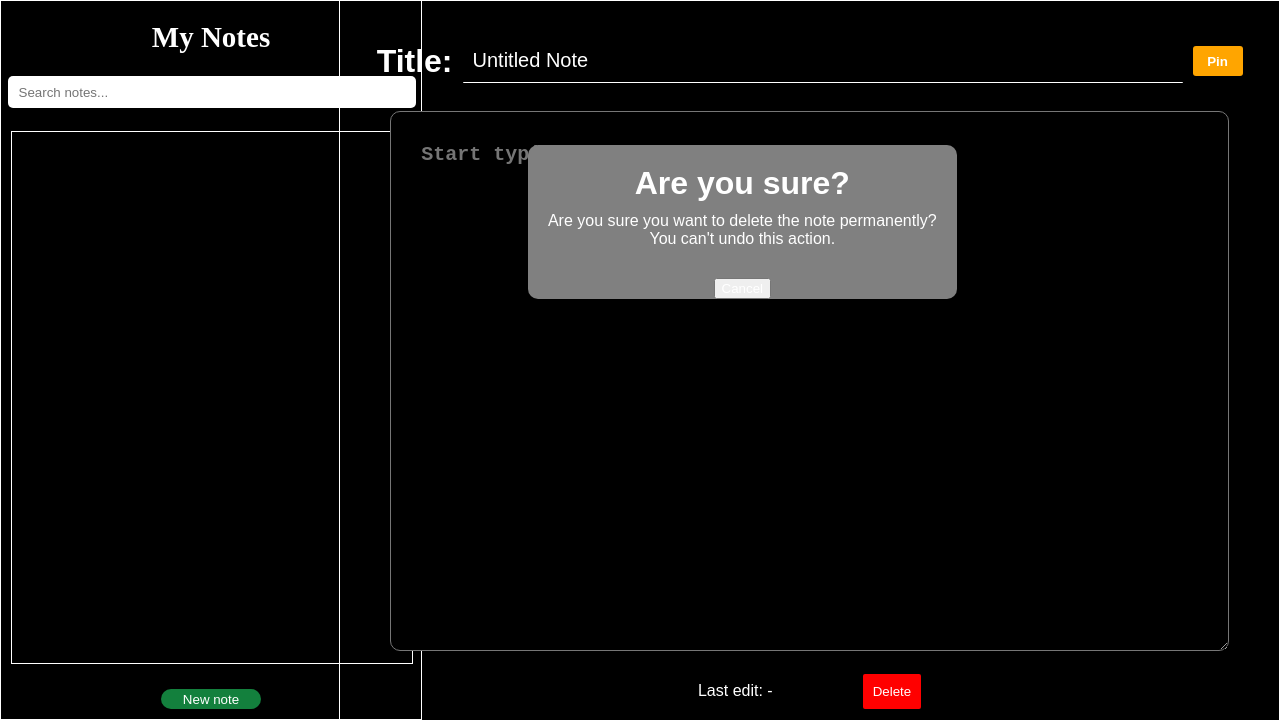
Repository: dmpelaez/myNotes
Page: QuickNotes.html
These files come from the project's save history. The page is drawn as it stood at one moment and after the next save; the edit follows.
The browser window is 1280 px wide. The pictures show the whole page.

Above is the page before, as saved 2025-12-18 22:01:46.

### QuickNotes.html
<!DOCTYPE html>

  <html>

    <head>

      <title>Quick Notes</title>

      <!--CSS LINK-->
      <link rel="stylesheet" href="QuickNotes.css">
    </head>
    <body>

      <!--Note section-->
      <aside class="aside-section">

        <!--My notes part-->
        <div class="myNotes">
          <p class="my-notes-text">My Notes</p>
        </div>
        <!--Search notes-->
        <div class="input-box">
          <input class="input" placeholder="Search notes...">
        </div>
        <!--Notes-->
        <div class="note-list"></div>
        <!--add button-->
        <button class="add-button">New note</button>

      </aside>

      <!---Typing section-->
      <main class="main-section">

        <!--Header-->
        <div class="header-section">
          <h1>Title:</h1>
          <input class="title-notes" placeholder="Untitled Note">
          <button class="pin-btn">Pin</button>
        </div>

        <!--text area-->
        <div class="texting-area">
          <textarea class="textarea" placeholder="Start typing..."></textarea>
        </div>

        <!---Delete button-->
        <div class="delete">
          <span class="edit">Last edit: -</span>
          <button class="delete-btn">Delete</button>
        </div>

        <div class="delete-confirm">

          <div class="modal-delete">
            <h1>Are you sure?</h1>
            <p class="sure-text">Are you sure you want to delete the note permanently?</p>
            You can't undo this action.
          </div>

          <!--delete and cancel button-->
          <button class="cancel-btn">Cancel</button>

        </div>

      </main>


    </body>

  </html>

### QuickNotes.css
body {
  margin: 0;
  padding: 0;
  background: black;
  box-sizing: border-box;
}
* {
  color: rgb(255, 255, 255);
}
.aside-section {
  border: 1px solid white;
  display: grid;
  width: 400px;
  position: fixed;
  bottom: 0;
  top: 0;
  grid-template-rows: 40px 30px 1fr 20px;
  padding: 10px;
  gap: 25px;

}

.my-notes-text {
  display: flex;
  margin: 0px;
  justify-self: center;
  align-self: center;
  margin-top: 10px;
}
.note-list {
  border: 1px solid white;
  width: 100%;
}

.my-notes-text {
  font-weight: bold;
  font-size: 29px;
}

.input {
  color: black;
  display: flex;
  align-self: center;
  justify-self: center;
  Width: 99%;
  height: 100%;
  border-radius: 5px;
  border: none;
  outline: none;
  padding-left: 10px;
  margin-left: 1px;
}
.input::placeholder {
  padding-left: 1px;

}

.add-button {
  width: 100px;
  display: flex;
  justify-self: center;
  background: rgb(19, 128, 61);
  border: none;
  border-radius: 10px;
  color: white;
  font-family: arial;
  align-items: center;
  justify-content: center;
  cursor: pointer;
}

.note-list {
  display: grid;
}

.main-section {
  position: fixed;
  left: 26.5%;
  border: 1px solid white;
  right: 0px;
  height: 100%;
  display: grid;
  grid-template-rows: 70px 1fr 30px;
  gap: 40px;

}

.header-section {
  display: flex;
  justify-self: center;
  align-self: center;
  gap: 10px;
  margin-top: 50px;
  align-items: center;
}
.title-notes {
  width: 700px;
  padding: 10px;
  border-radius: 1px;
  background: none;
  border: none;
  border-bottom: 1px solid white;
  outline: none;
 font-size: 20px;
 font-family: arial;
}

.title-notes::placeholder {
  color: white;
  font-family: arial;
  font-size: 20px;

}

.pin-btn {
  background: orange;
  border: none;
  border-radius: 3px;
  font-family: arial;
  font-weight: bold;
  width: 50px;
  height: 30px
}

.texting-area {
  display: flex;
  padding-right: 50px;
  padding-left: 50px;
}
.textarea {
  background: black;
  outline: none;
  display: flex;
  width: 100%;
  padding-left: 30px;
  padding-right: 80px;
  padding-top: 30px;
  line-height: 25px;
  font-size: 20px;
  font-weight: bold;
  border-radius: 10px;
}

.delete {
  display: flex;
  justify-content: center;
  align-items: center;
  gap: 90px;
  margin-bottom: 40px;

}
.delete-btn {
  background: red;
  border: none;
  border-radius: 2px;
  padding: 10px;
  cursor: pointer;
}
.edit {
  font-family: arial;
}

.delete-confirm {
  position: absolute;
  left: 20%;
  top: 20%;
  display: flex;
  background: gray;
  border-radius: 10px;
  flex-direction: column;
  align-items: center;
  justify-content: center;
  gap: 10px;
}
.modal-delete {
  padding: 20px;
  display: flex;
  flex-direction: column;
  align-items: center;
  font-family: arial;

}
h1 {
  display: flex;
  justify-self: center;
  margin: 0px;
  font-family: arial;
}
.sure-text {
  margin: 0px;
  margin-top: 10px;
  font-family: arial;
}

After the next save:
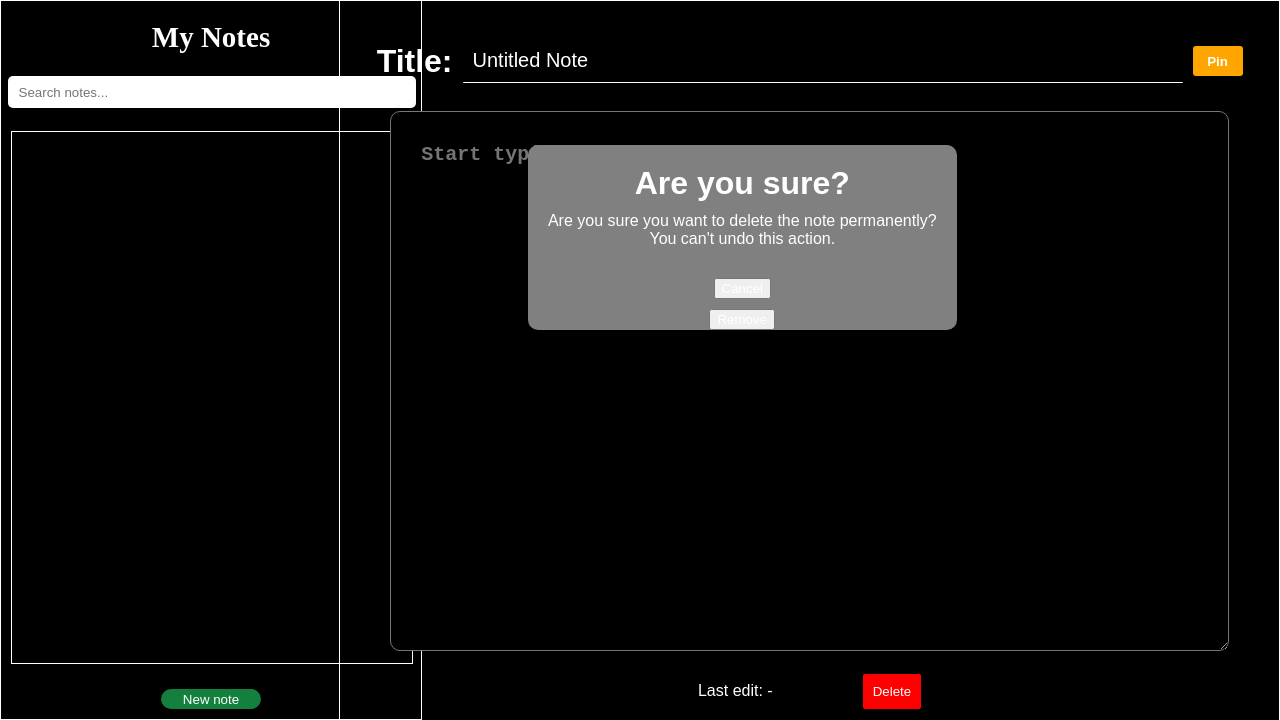
Saved 15 s later.
--- a/QuickNotes.html
+++ b/QuickNotes.html
@@ -60,6 +60,7 @@
 
           <!--delete and cancel button-->
           <button class="cancel-btn">Cancel</button>
+          <button class="remove-btn">Remove</button>
 
         </div>
 
